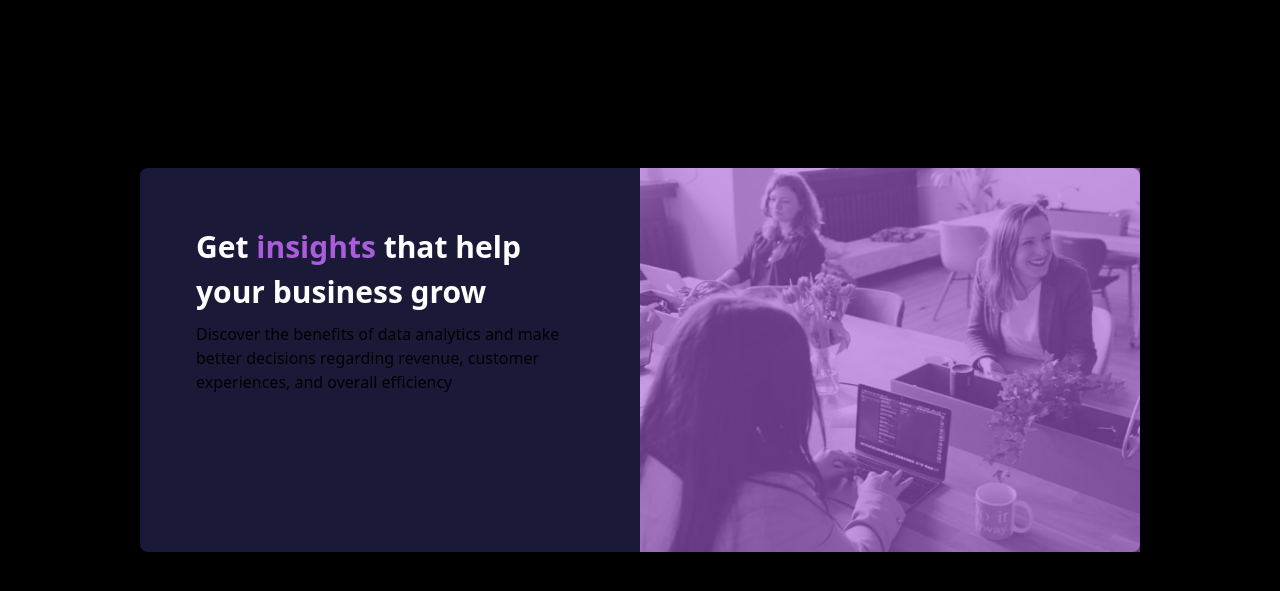
Repository: BerlinWebDev/FrontendMaster_PreviewMentor
Page: /
The author's editor kept a copy of each file at every save. The page is drawn from the files as they stood at one save, then again after the next save.
The browser window is 1280 px wide. The pictures show the whole page.
The project was rebuilt for these pictures with package versions that can differ from the ones it lists, and the page was loaded fresh each time.

Above is the page before, as saved 2023-11-11 19:26:03.

### src/App.js
import Image from "./assets/image-header-desktop.jpg";

function App() {
  return (
    <>
      <header>
        <title>Challenge</title>
        <meta name="description" content="Challenge" />
        <link rel="icon" href="/favicon.ico" />
      </header>
      <main className="flex min-h-screen flex-col items-center justify-center bg-black">
        <div className="flex h-96 w-[1000px] rounded-lg bg-[#1b1938]">
          <aside className="w-1/2  rounded-l-lg">
            <div className="p-14">
              <div className="text-[30px] text-white font-bold">
                Get <span className="text-[#aa5cdb]">insights</span> that help
                <br />
                your business grow
              </div>
              <div className="mt-2">
                <p>
                  Discover the benefits of data analytics and make better
                  decisions regarding revenue, customer experiences, and overall
                  efficiency
                </p>
              </div>
            </div>
          </aside>
          <aside className="w-1/2  rounded-lg relative">
            <div className="absolute inset-0 bg-[#aa5cdb] opacity-60"></div>
            <img
              className=" h-full w-full rounded-r-lg"
              src={Image}
              alt="Header-Desktop"
            />
          </aside>
        </div>
      </main>
    </>
  );
}

export default App;

Loaded but not shown: public/index.html (common file); src/index.js (common file); src/index.css (common file); tailwind.config.js (common file)

After the next save:
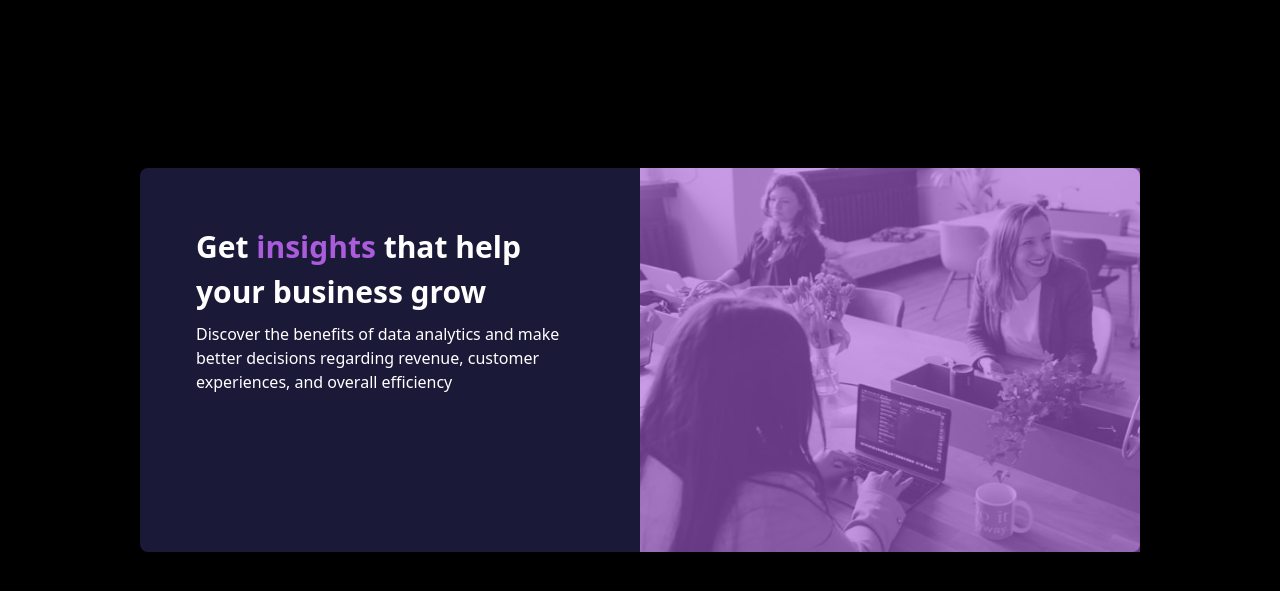
Saved 9 s later.
--- a/src/App.js
+++ b/src/App.js
@@ -18,7 +18,7 @@ function App() {
                 your business grow
               </div>
               <div className="mt-2">
-                <p>
+                <p className="text-white">
                   Discover the benefits of data analytics and make better
                   decisions regarding revenue, customer experiences, and overall
                   efficiency
